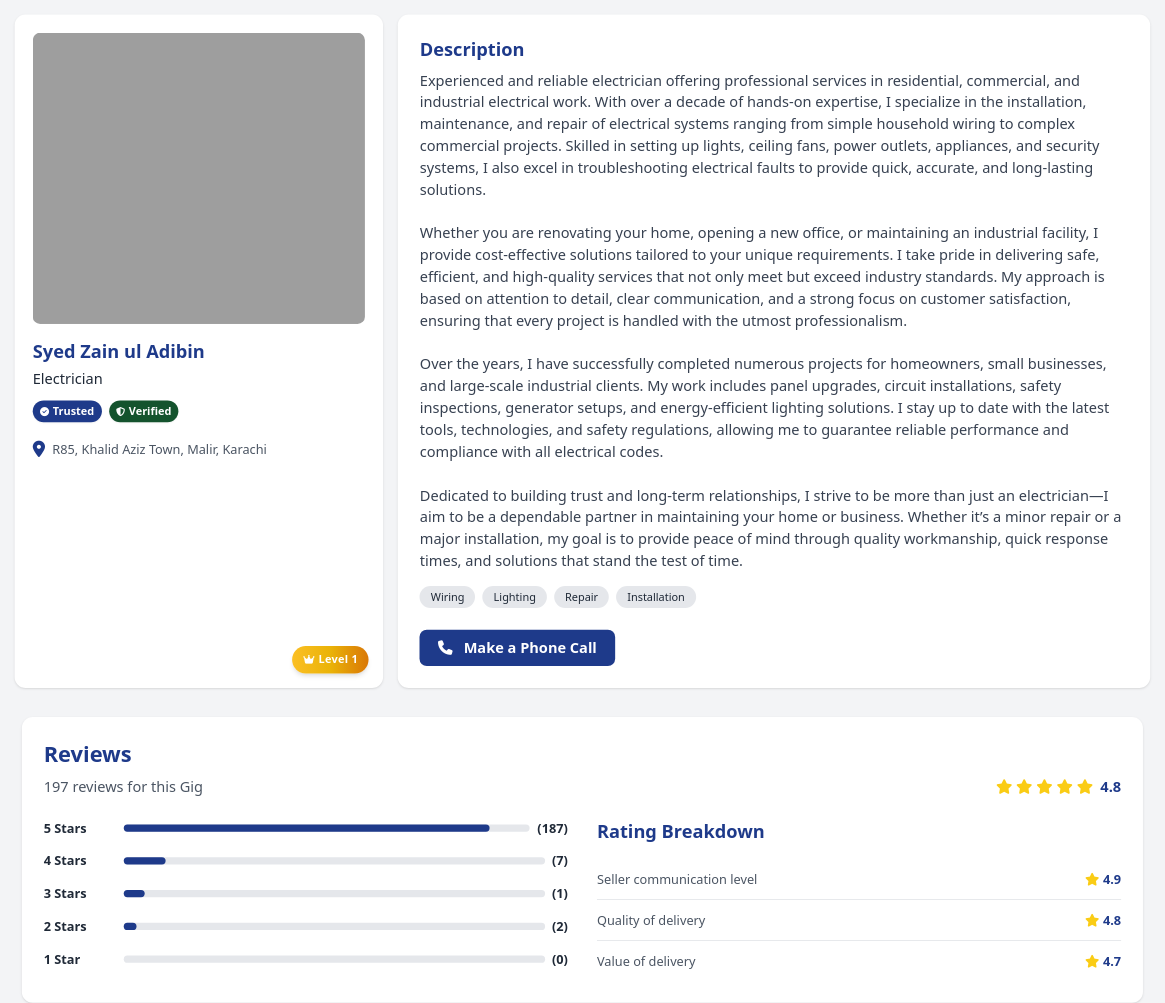
Repository: ARFA-SAEED/miljayega
Page: src/Mobile/showphonenum.html
These files come from the project's save history. The page is drawn as it stood at one moment and after the next save; the edit follows.
The browser window is 1280 px wide. The pictures show the whole page, at 91% of full size.
Pictures or frames that could not be fetched are drawn as grey boxes. Some web libraries are served in a nearby version.

Above is the page before, as saved 2025-08-25 13:13:09.

After the next save:
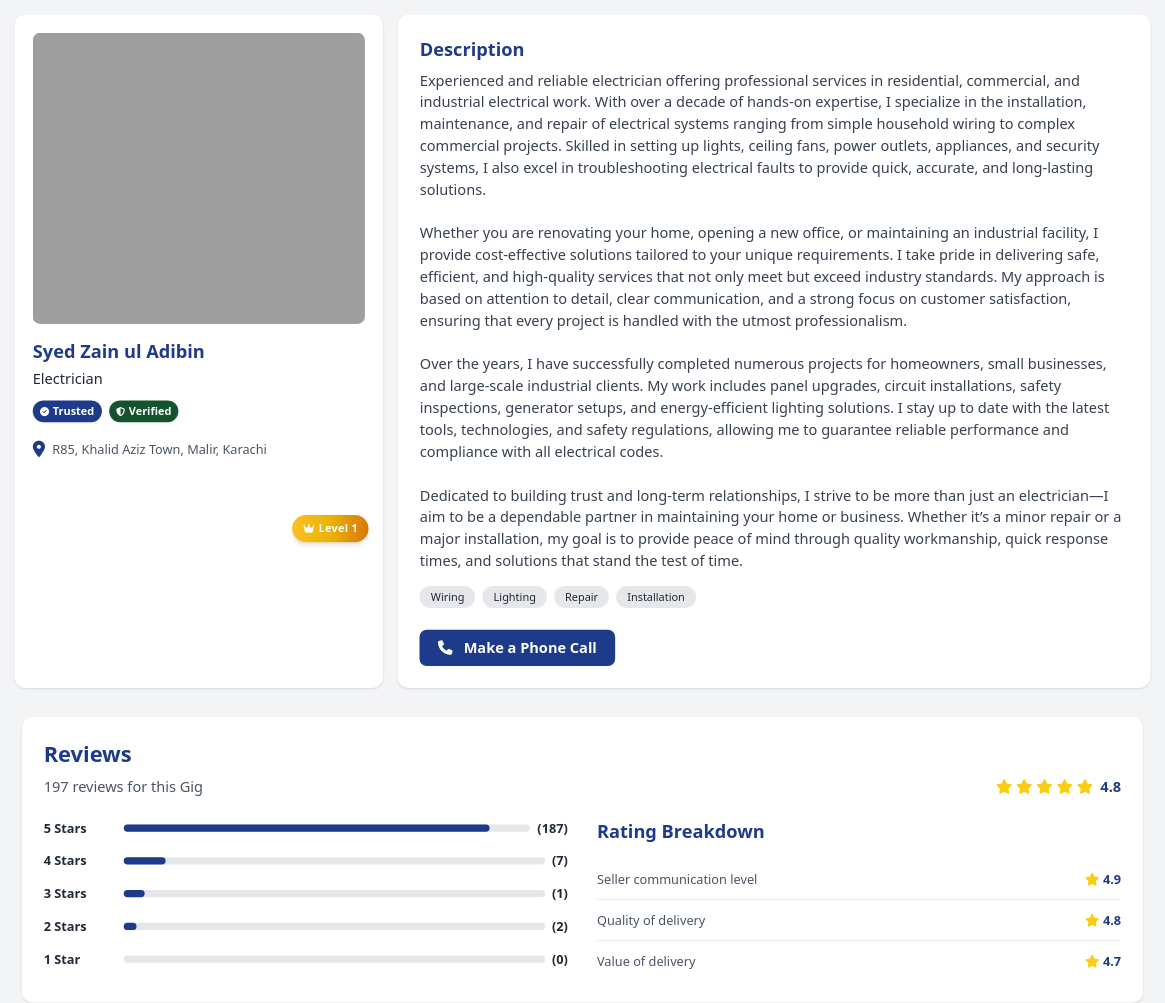
Saved 33 s later.
--- a/src/Mobile/showphonenum.html
+++ b/src/Mobile/showphonenum.html
@@ -22,7 +22,7 @@
             <div class="relative bg-white p-5 rounded-xl shadow">
                 <!-- Badge -->
                 <span
-                    class="absolute bottom-4 right-4 inline-flex items-center px-3 py-1.5 bg-gradient-to-r from-amber-400 via-yellow-500 to-amber-600 text-white text-[12px] font-semibold rounded-full shadow-md tracking-wide">
+                    class="absolute bottom-40 right-4 inline-flex items-center px-3 py-1.5 bg-gradient-to-r from-amber-400 via-yellow-500 to-amber-600 text-white text-[12px] font-semibold rounded-full shadow-md tracking-wide">
                     <i class="fa-solid fa-crown mr-1 text-[11px]"></i>
                     Level 1
                 </span>
